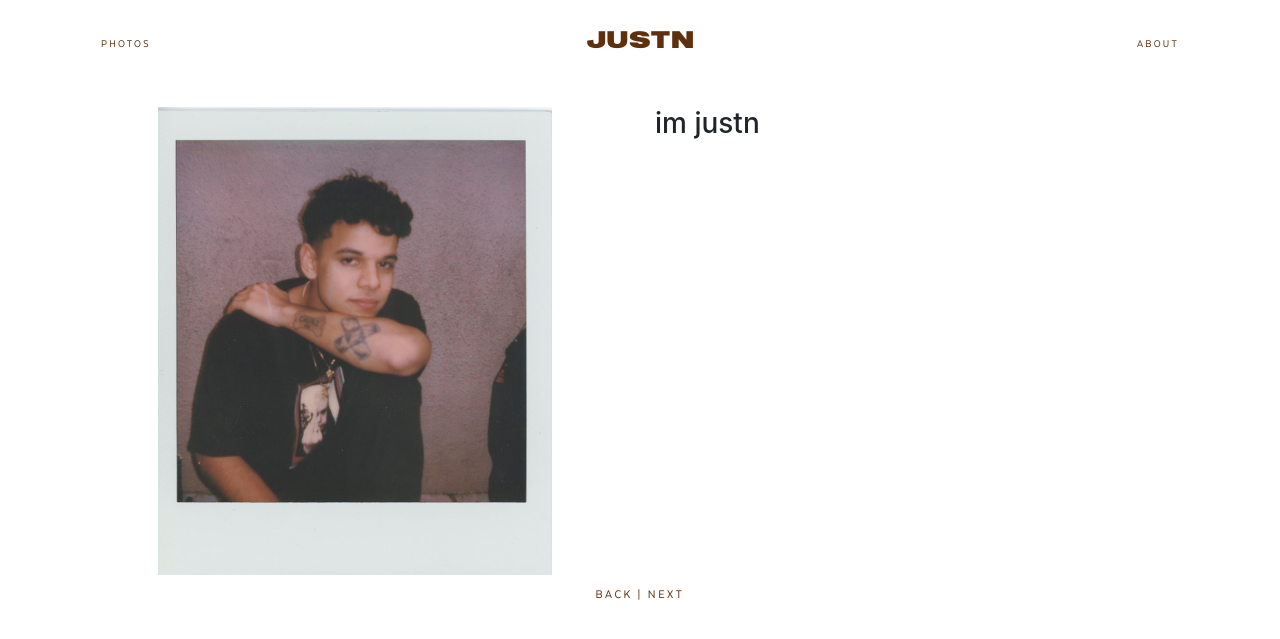
Repository: AviMKabir/justn_2020
Page: about.html
The author's editor kept a copy of each file at every save. The page is drawn from the files as they stood at one save, then again after the next save.
The browser window is 1280 px wide. The pictures show the whole page.

Above is the page before, as saved 2020-12-06 18:29:34.

### about.html
<!DOCTYPE html>
<html lang="en">

<head>
    <meta charset="UTF-8">
    <meta name="viewport" content="width=device-width, initial-scale=1.0">
    <link rel="stylesheet" href="https://cdn.jsdelivr.net/npm/bootstrap@4.5.3/dist/css/bootstrap.min.css"
        integrity="sha384-TX8t27EcRE3e/ihU7zmQxVncDAy5uIKz4rEkgIXeMed4M0jlfIDPvg6uqKI2xXr2" crossorigin="anonymous">
    <link rel="stylesheet" href="./CSS/style.css">
    <title>JUSTN</title>
</head>



<body>

    <div class="container">

        <nav class="navbar navbar-expand-md navbar-light hide-for-mobile">
            <div class="navbar-collapse collapse w-100 order-1 order-md-0 dual-collapse2">
                <ul class="navbar-nav mr-auto">
                    <li class="nav-item">
                        <a class="nav-link-new" href="#" role="button" id="dropdownMenuLink" data-toggle="dropdown"
                            aria-haspopup="true" aria-expanded="false">
                            PHOTOS
                        </a>

                        <div class="dropdown-menu" aria-labelledby="dropdownMenuLink">
                            <a class="dropdown-item" href="./portraits.html">- PORTRAITS</a>
                            <a class="dropdown-item" href="./blur.html">- BLUR</a>
                            <a class="dropdown-item" href="./misc.html">- MISC</a>
                        </div>
                    </li>

                </ul>
            </div>
            <div class="mx-auto order-0 nav-pad">
                <a class="navbar-brand-new mx-auto" href="./index.html">JUSTN</a>
                <button class="navbar-toggler" type="button" data-toggle="collapse" data-target=".dual-collapse2">
                    <span class="navbar-toggler-icon"></span>
                </button>
            </div>
            <div class="navbar-collapse collapse w-100 order-3 dual-collapse2">
                <ul class="navbar-nav ml-auto">
                    <li class="nav-item">
                        <a class="nav-link-new" href="#">ABOUT</a>
                    </li>

                </ul>
            </div>
        </nav>

    </div>


    <!-- mobile nav -->
    <nav class="navbar navbar-expand-md navbar-light show-for-mobile">
        <a class="navbar-brand-new " href="./index.html">JUSTN</a>
        <button class="navbar-toggler" type="button" data-toggle="collapse" data-target="#navbarNavDropdown"
            aria-controls="navbarNavDropdown" aria-expanded="false" aria-label="Toggle navigation">
            <span class="navbar-toggler-icon"></span>
        </button>
        <div class="collapse navbar-collapse center-page" id="navbarNavDropdown">
            <ul class="navbar-nav">


                <li class="nav-item dropdown mx-auto ">
                    <a class="nav-link-new-active" href="#" role="button" id="dropdownMenuLink" data-toggle="dropdown"
                        aria-haspopup="true" aria-expanded="false">
                        PHOTOS
                    </a>
                    <!-- <div class="dropdown-menu mx-auto" aria-labelledby="dropdownMenuLink">
                        <a class="dropdown-item mx-auto" href="#">- NEW YORK</a>
                        <a class="dropdown-item mx-auto" href="#">- CALIFORNIA</a>
                        <a class="dropdown-item mx-auto" href="#">- FLORIDA</a>
                    </div> -->
                </li>
                <li class="nav-item mx-auto">
                    <a class="nav-link-new" href="./new-york.html">- PORTRAITS</a>
                </li>
                <li class="nav-item mx-auto">
                    <a class="nav-link-new" href="./california.html">- BLUR</a>
                </li>
                <li class="nav-item mx-auto">
                    <a class="nav-link-new" href="./florida.html">- MISC</a>
                </li>
                <li class="nav-item mx-auto">
                    <a class="nav-link-new" href="#">ABOUT</a>
                </li>
            </ul>
        </div>
    </nav>
    <!-- mobile nav -->

    <!-- slideshow -->

    <div class="container">

        <div id="carouselExampleControls" class="carousel  slideshow-bump  " data-ride="carousel" data-interval="false"
            data-keyboard="true">
            <div class="carousel-inner">
                <div class="carousel-item active">
                    <div class="row">
                        <div
                        class="col-12 col-md-6"
                        style="margin-right: 0;"
                        >
                        <img class=" d-block " src=" ./img/about.jpg">
                        </div>
                        <div class="col-12 col-md-4">
                            <h3>im justn</h3>
                        </div>
                    </div>
                </div>
            </div>
        </div>

        <div class="controls text-center">
            <span class="controls-new" href="#carouselExampleControls" role="button" data-slide="prev">
                BACK
            </span>
            <span class="controls-new">
                |
            </span>
            <span class="controls-new" href="#carouselExampleControls" role="button" data-slide="next">
                NEXT
            </span>
        </div>




    </div>




    <script src="https://code.jquery.com/jquery-3.5.1.slim.min.js"
        integrity="sha384-DfXdz2htPH0lsSSs5nCTpuj/zy4C+OGpamoFVy38MVBnE+IbbVYUew+OrCXaRkfj"
        crossorigin="anonymous"></script>
    <script src="https://cdn.jsdelivr.net/npm/bootstrap@4.5.3/dist/js/bootstrap.bundle.min.js"
        integrity="sha384-ho+j7jyWK8fNQe+A12Hb8AhRq26LrZ/JpcUGGOn+Y7RsweNrtN/tE3MoK7ZeZDyx"
        crossorigin="anonymous"></script>

    <script>
        $(document).keydown(function (e) {
            if (e.keyCode === 37) {
                // Previous
                $(".carousel-control.left").click();
                return false;
            }
            if (e.keyCode === 39) {
                // Next
                $(".carousel-control.right").click();
                return false;
            }
        });
    </script>

</body>



</html>

### CSS/style.css
@font-face {
    font-family: annonce;
    src: url(../fonts/annonce_w01_regular-webfont.woff);
}

@font-face {
    font-family: textanArrow;
    src: url(../fonts/textanarrow-regular-webfont.woff);
}

@font-face {
    font-family: textanArrowIt;
    src: url(../fonts/textanarrow-it-webfont.woff);
}

a {
    -o-transition: .5s;
    -ms-transition: .5s;
    -moz-transition: .5s;
    -webkit-transition: .5s;
    /* ...and now for the proper property */
    transition: .5s;
}

a:hover {
    color: #014421;
    text-decoration: none;
}

img {
    margin: 0 auto;
    height: 65vh;
}

.navbar-brand-new {
    font-family: 'annonce', Arial, Helvetica, sans-serif;
    font-size: 1.5rem;
    color: #5E300E;
}

.nav-link-new {
    font-family: 'textanArrow', Arial, Helvetica, sans-serif;
    font-size: .7rem;
    color: #5E300E;
    letter-spacing: .2em;
}

.nav-link-new-2 {
    font-family: 'textanArrow', Arial, Helvetica, sans-serif;
    font-size: 1rem;
    color: #5E300E;
    letter-spacing: .2em;
}

.dropdown-menu {
    position: absolute;
    top: 100%;
    left: 0;
    z-index: 1000;
    display: none;
    float: left;
    min-width: 10rem;
    padding: .5rem 0;
    margin: .125rem 0 0;
    font-size: 1rem;
    color: #212529;
    text-align: left;
    list-style: none;
    background-color: #fff;
    background-clip: padding-box;
    border: none !important;
    border-radius: .25rem;
}

.dropdown-menu.show {
    display: block;
    margin-top: -30px;
}

.dropdown-item {
    font-family: 'textanArrowIt', Arial, Helvetica, sans-serif;
    font-size: .7rem;
    color: #5E300E;
}

.dropdown-item:focus, .dropdown-item:hover {
    color: #014421 !important;
    background: none !important;
}

.nav-pad {
    padding: 15px 0;
}

.center-page {
    margin-top: 30%;
}

.navbar-light .navbar-toggler {
    color: #5E300E !important;
    border: none !important;
}

.slideshow-bump {
    margin-top: 25px;
}

.controls-new {
    font-family: 'textanArrow', Arial, Helvetica, sans-serif;
    font-size: .8rem;
    color: #5E300E;
    letter-spacing: .2em;
}

.controls {
    margin-top: 5px;
}

@media (min-width: 576px) {}

@media (max-width: 768px) {
    /* hides the desktop nav */
    .hide-for-mobile {
        display: none;
    }
    .dropdown-item {
        font-family: 'textanArrowIt', Arial, Helvetica, sans-serif;
        font-size: 1rem;
        color: #5E300E;
        letter-spacing: .2em;
    }
    .dropdown-menu.show {
        display: block;
        margin-top: -10px;
    }
    .nav-link-new {
        font-family: 'textanArrow', Arial, Helvetica, sans-serif;
        font-size: 1rem;
        color: #5E300E;
        letter-spacing: .2em;
    }
    .nav-link-new-active {
        font-family: 'textanArrow', Arial, Helvetica, sans-serif;
        font-size: 1rem;
        color: #014421;
        letter-spacing: .2em;
    }
    .img-wide {
        object-fit: cover;
        height: 100%;
        width: 100%;

    }
}

@media (min-width: 768px) {
    /* hides the desktop nav */
    .show-for-mobile {
        display: none;
    }
}

@media (min-width: 992px) {}

@media (min-width: 1200px) {}

After the next save:
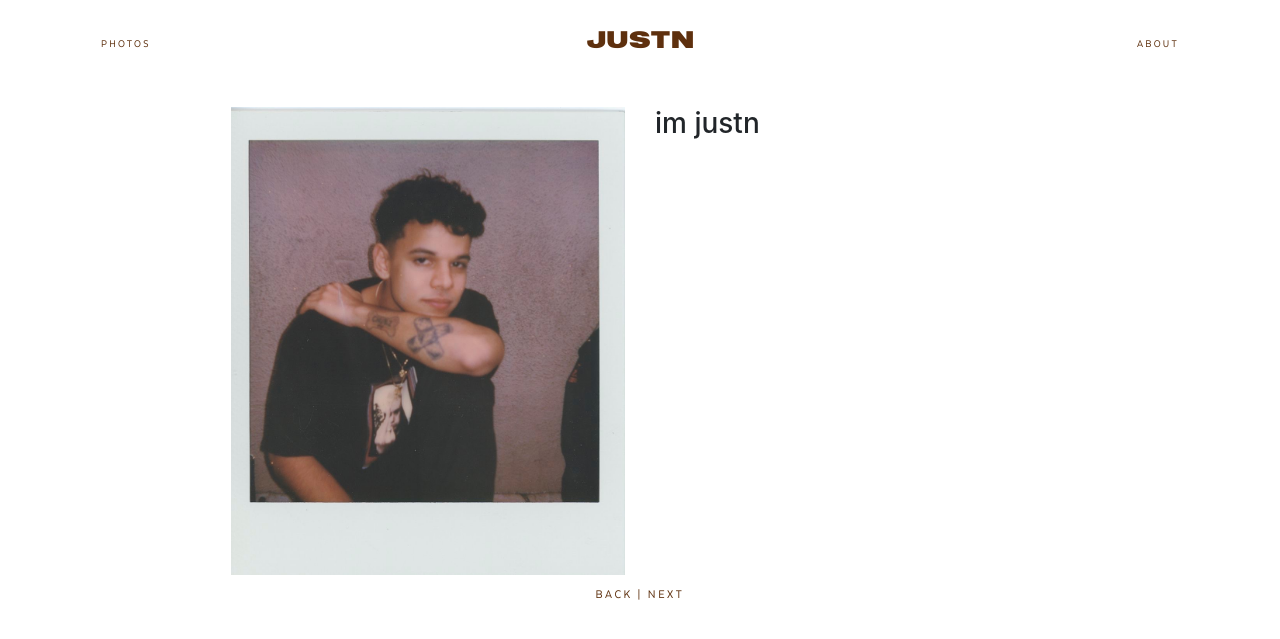
Saved 28 s later.
--- a/about.html
+++ b/about.html
@@ -103,9 +103,12 @@
                     <div class="row">
                         <div
                         class="col-12 col-md-6"
+                        >
+                        <img
+                        class="d-block"
+                        src=" ./img/about.jpg"
                         style="margin-right: 0;"
                         >
-                        <img class=" d-block " src=" ./img/about.jpg">
                         </div>
                         <div class="col-12 col-md-4">
                             <h3>im justn</h3>
